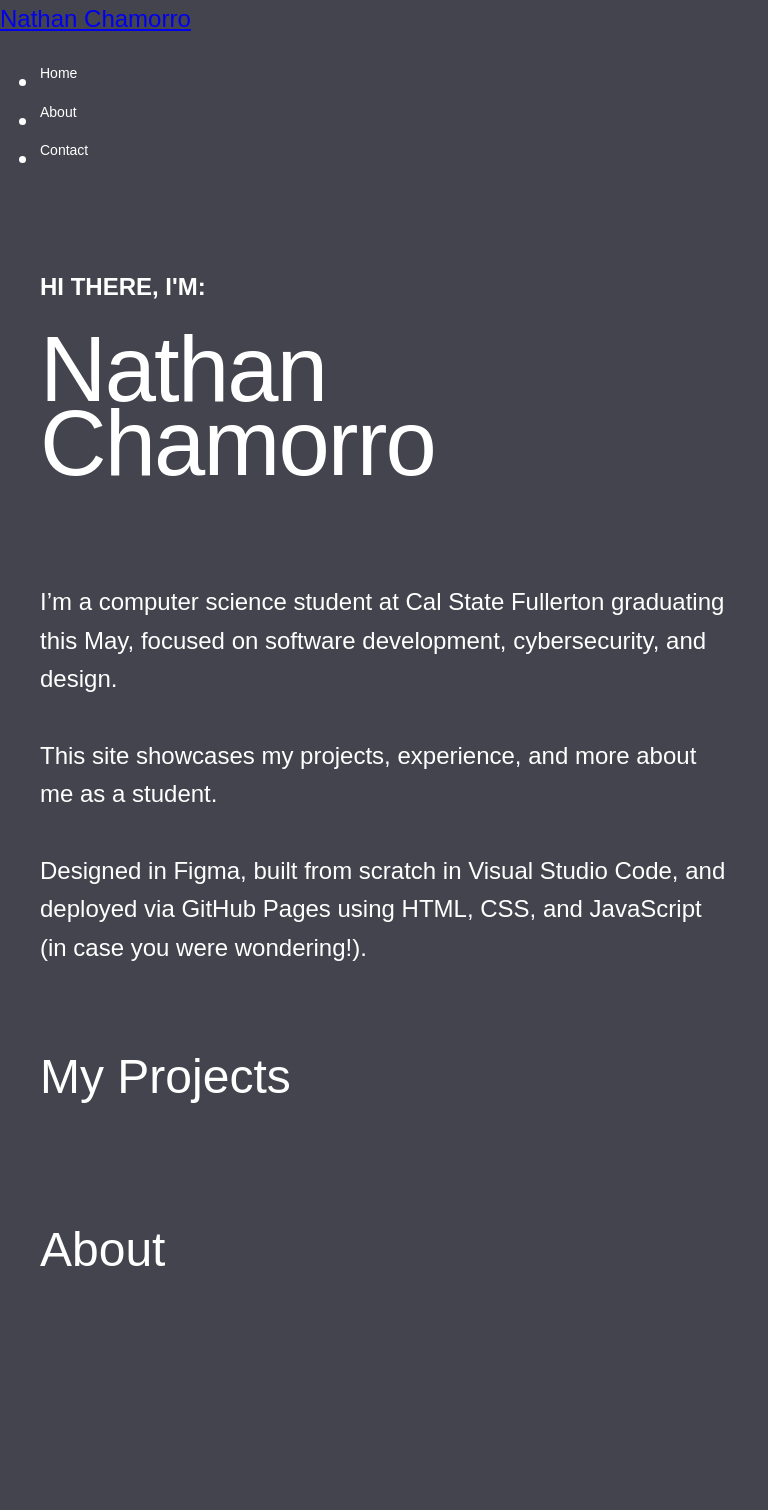
Repository: nathanchamorro1/nathanchamorro1.github.io
Page: index.html
The author's editor kept a copy of each file at every save. The page is drawn from the files as they stood at one save, then again after the next save.
The browser window is 768 px wide. The pictures show the whole page.
Some web fonts or font styles are not loaded; a fallback is used.

Above is the page before, as saved 2026-02-17 21:49:36.

After the next save:
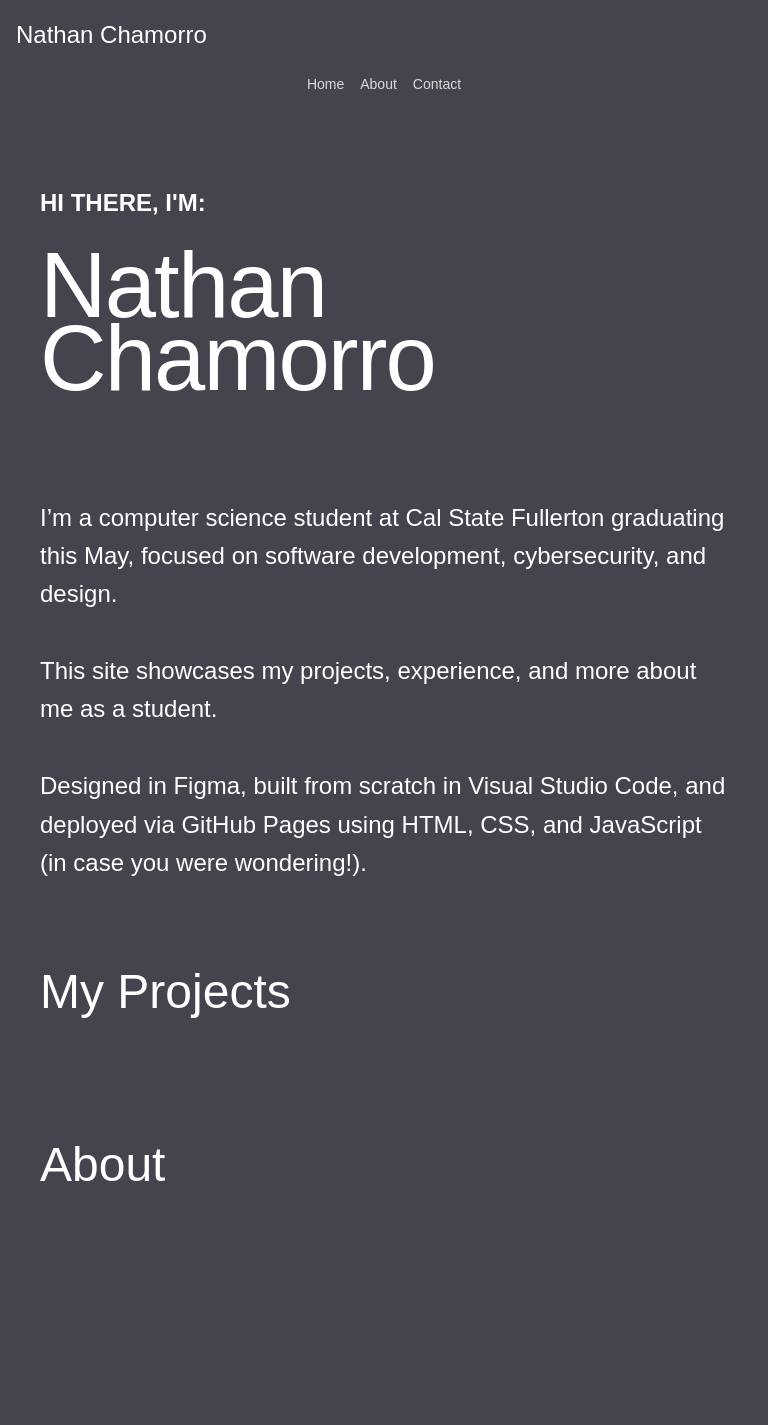
Saved 6 min 31 s later.
--- a/css/style.css
+++ b/css/style.css
@@ -11,7 +11,7 @@ body {
 }
 
 .content-wrapper {
-  max-width: 850px;
+  max-width: 900px;
   margin: 0 auto;
   padding: 0 40px;
   display: flex;
@@ -115,3 +115,65 @@ h3 {
 .nav-link:hover {
     opacity: 0.6;
 }
+
+/* --- Nav grid centering for .sidebar --- */
+/* --- Two-column layout: left sidebar, right content --- */
+.layout {
+    display: grid;
+    grid-template-columns: 220px 1fr; /* left column width, then content */
+    min-height: 100vh;
+}
+
+/* Sidebar occupies the full viewport height and vertically centers the menu */
+.sidebar {
+    position: sticky;
+    top: 0;
+    height: 100vh;
+    display: flex;
+    flex-direction: column;
+    padding: 24px 20px;
+}
+
+.sidebar .nav-logo {
+    align-self: flex-start;
+    text-decoration: none;
+    color: white;
+}
+
+.sidebar ul {
+    display: flex;
+    flex-direction: column;
+    gap: 14px;
+    list-style: none;
+    margin: auto 0; /* centers the list vertically within sidebar */
+    padding: 0;
+}
+
+.sidebar .nav-link {
+    position: static; /* override earlier fixed positioning */
+    text-decoration: none;
+    color: white;
+    opacity: 0.8;
+}
+
+.sidebar .nav-link:hover {
+    opacity: 1;
+}
+
+.content { min-width: 0; }
+
+/* Optional: collapse to single column on small screens */
+@media (max-width: 768px) {
+  .layout { grid-template-columns: 1fr; }
+  .sidebar {
+    position: static;
+    height: auto;
+    padding: 16px;
+  }
+  .sidebar ul {
+    flex-direction: row;
+    gap: 16px;
+    margin: 8px 0 0 0;
+    justify-content: center;
+  }
+}
